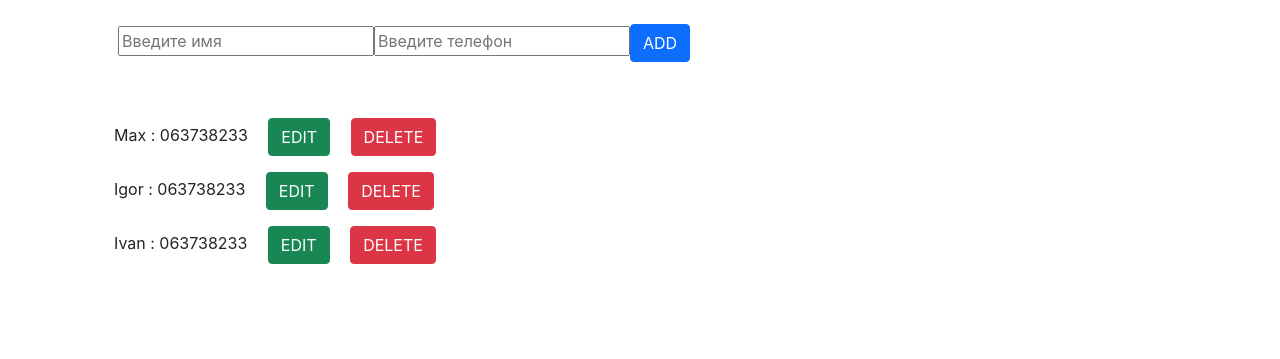
Repository: tsydikov/phone_book
Page: /
An editor plug-in stored every save of this project. The page is shown before and after the next save, followed by the edit.
The browser window is 1280 px wide. The pictures show the whole page.
The project was rebuilt for these pictures with package versions that can differ from the ones it lists, and the page was loaded fresh each time. Also part of the build but not shown: src/App.css, src/components/Update.jsx.

Above is the page before, as saved 2021-10-07 22:14:18.

After the next save:
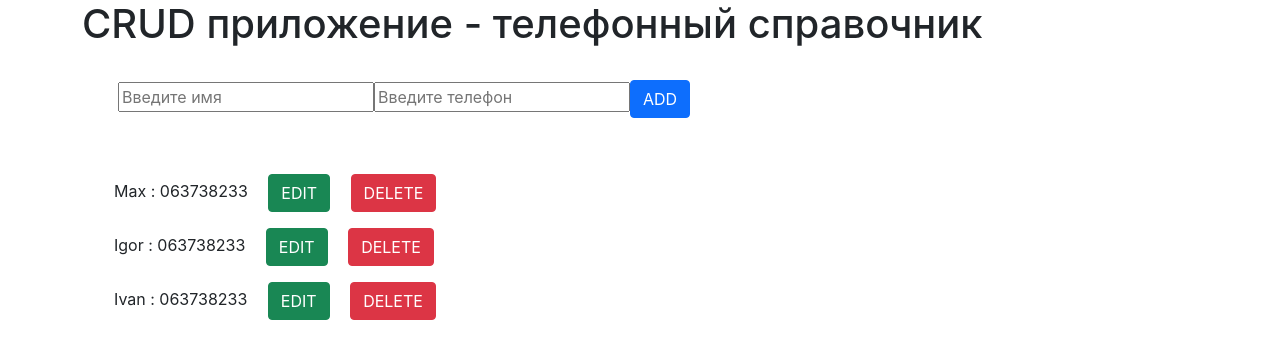
Saved 117 s later.
--- a/src/App.js
+++ b/src/App.js
@@ -7,6 +7,9 @@ import PhoneList from "./components/PhoneList";
 function App() {
   return (
     <Container>
+      <Row>
+        <h1>CRUD приложение - телефонный справочник</h1>
+      </Row>
       <Row>
         <Col className="p-4">
           <Form />
